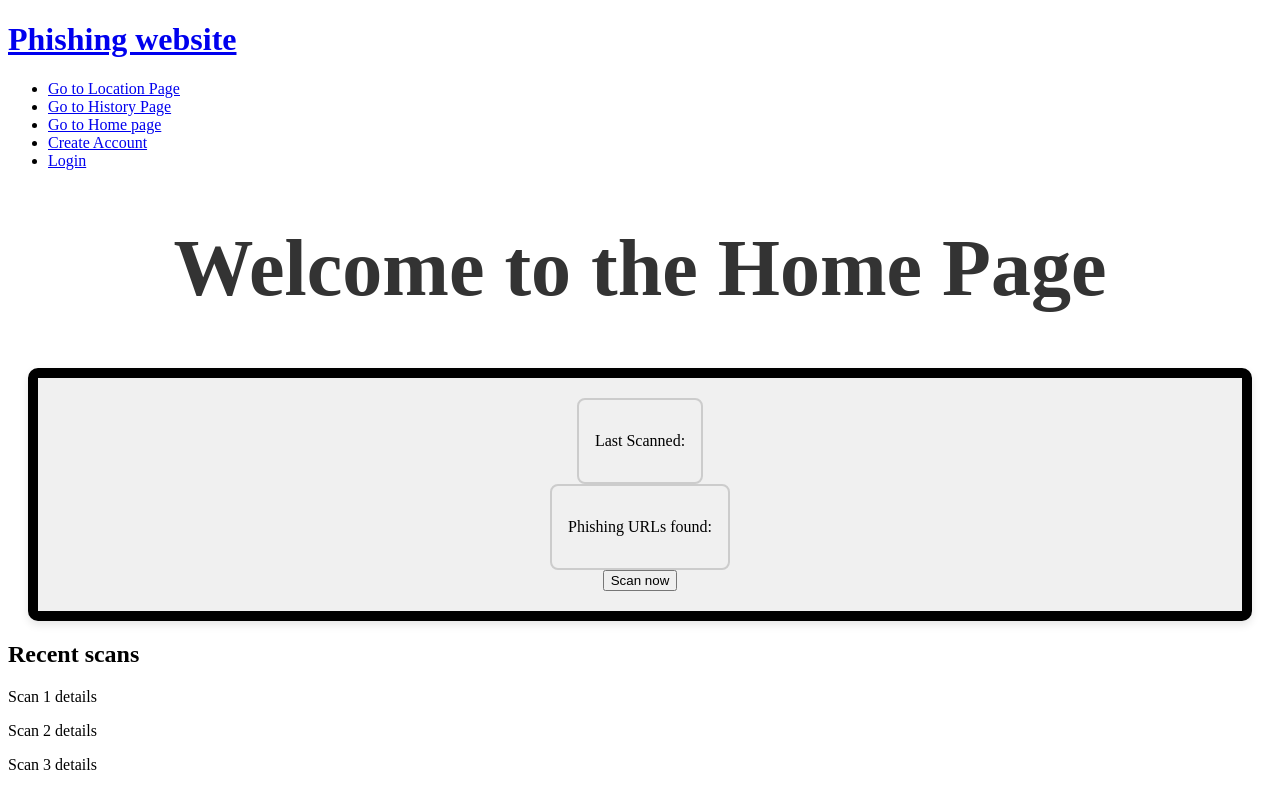
Repository: 2305199/Final-year-project
Page: / (app in frontend/)
An editor plug-in stored every save of this project. The page is shown before and after the next save, followed by the edit.
The browser window is 1280 px wide. The pictures show the whole page.
The project was rebuilt for these pictures with package versions that can differ from the ones it lists, and the page was loaded fresh each time. Also part of the build but not shown: frontend/vite.config.js, frontend/src/Location/Location.jsx, frontend/src/History/History.jsx, frontend/src/User/CreateAccount.jsx, frontend/src/User/Login.jsx.

Above is the page before, as saved 2026-01-29 00:49:36.

### frontend/src/App.jsx
import { BrowserRouter as Router, Routes, Route } from 'react-router-dom';
import Home from './Home/Home.jsx'
import Location from './Location/Location.jsx'
import History from './History/History.jsx'
import CreateAccount from './User/CreateAccount.jsx'
import Login from './User/Login.jsx'
import Header from './components/Header.jsx'

function App() {

  return (
    <Router>
    <Header />
   <Routes>
      <Route path="/" element={<Home />} />
      <Route path="/location" element={<Location />} />
      <Route path="/history" element={<History />} />
      <Route path="/createAccount" element={<CreateAccount />} />
      <Route path="/login" element={<Login />} />
   </Routes>
    </Router>
  )
}

export default App

### frontend/src/Home/Home.jsx
import styles from './Home.module.css'
function Home() {
    return ( <div>
        <div className={styles.title}> <h1>Welcome to the Home Page</h1></div>


    <div className={styles.Box}>
        <div className={styles.card} ><p>Last Scanned:</p></div>
        <div className={styles.card}><p>Phishing URLs found:</p></div>
        <button>Scan now</button>
    </div>

    <div>
        <h2>Recent scans</h2>
        <div className={styles.recentScans}>
            <div className={styles.scanCard}><p>Scan 1 details</p></div>
            <div className={styles.scanCard}><p>Scan 2 details</p></div>
            <div className={styles.scanCard}><p>Scan 3 details</p></div>
        </div>
    </div>

    </div>)
}
export default Home

### frontend/src/components/Header.jsx
function Header() {
    return (<div>
    <h1> <a href="/">Phishing website </a></h1>
     <ul>
        <li><a href="/location">Go to Location Page</a></li>
        <li><a href="/history">Go to History Page</a></li>
        <li><a href="/">Go to Home page</a></li>
        <li><a href="/createAccount">Create Account</a></li>
        <li><a href="/login">Login</a></li>
    </ul>
    </div>)

}
export default Header

### frontend/src/Home/Home.module.css
.title{
    text-align: center;
    font-size: 2.5rem;
    margin-bottom: 20px;
    color: #333;
}
.Box{
    display: flex;
    flex-direction: column;
    align-items: center;
    justify-content: center;
   border: 10px solid black;
    padding: 20px;
    margin: 20px;
    background-color: #f0f0f0;
    border-radius: 10px;
    box-shadow: 0 4px 8px rgba(0, 0, 0, 0.1);

}
.container {
  display: grid;
  gap: 20px;
}

.card {
  border: 2px solid #ccc;
  padding: 16px;
  border-radius: 8px;
}

Loaded but not shown: frontend/index.html (common file); frontend/src/main.jsx (common file); frontend/src/index.css (no stored copy; drawn as an empty file)

After the next save:
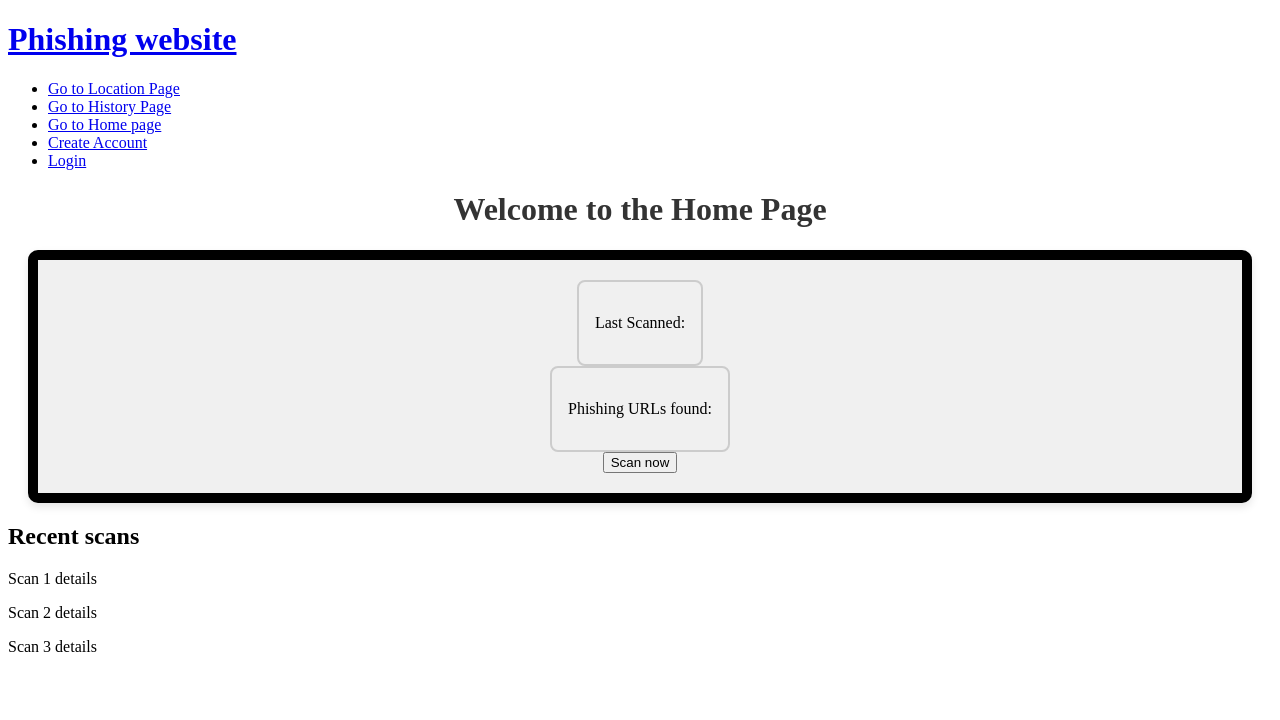
Saved 43 s later.
--- a/frontend/src/Home/Home.module.css
+++ b/frontend/src/Home/Home.module.css
@@ -1,6 +1,6 @@
 .title{
     text-align: center;
-    font-size: 2.5rem;
+    font-size: 1rem;
     margin-bottom: 20px;
     color: #333;
 }
